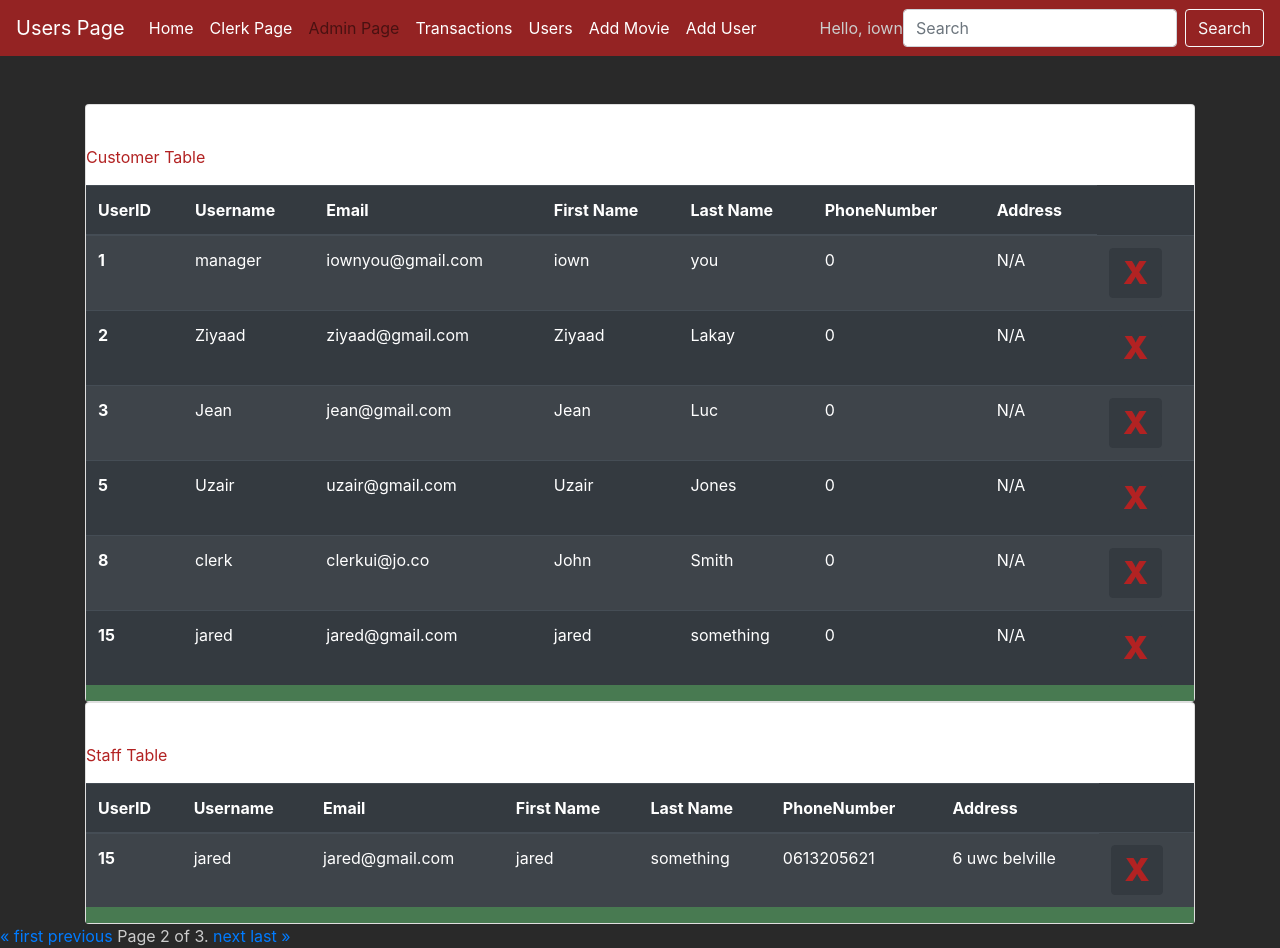
Repository: jeanluciradukunda/csc312.group.project
Page: http://localhost/userstbl/?page=2
These files come from the project's save history. The page is drawn as it stood at one moment and after the next save; the edit follows.
The browser window is 1280 px wide. The pictures show the whole page.
The page is served by the project's application, run on Django 2.2 (dvdstore/manage.py). The first stored user is signed in. The page reads the database file committed with the project.

Above is the page before, as saved 2019-09-14 17:07:26.

After the next save:
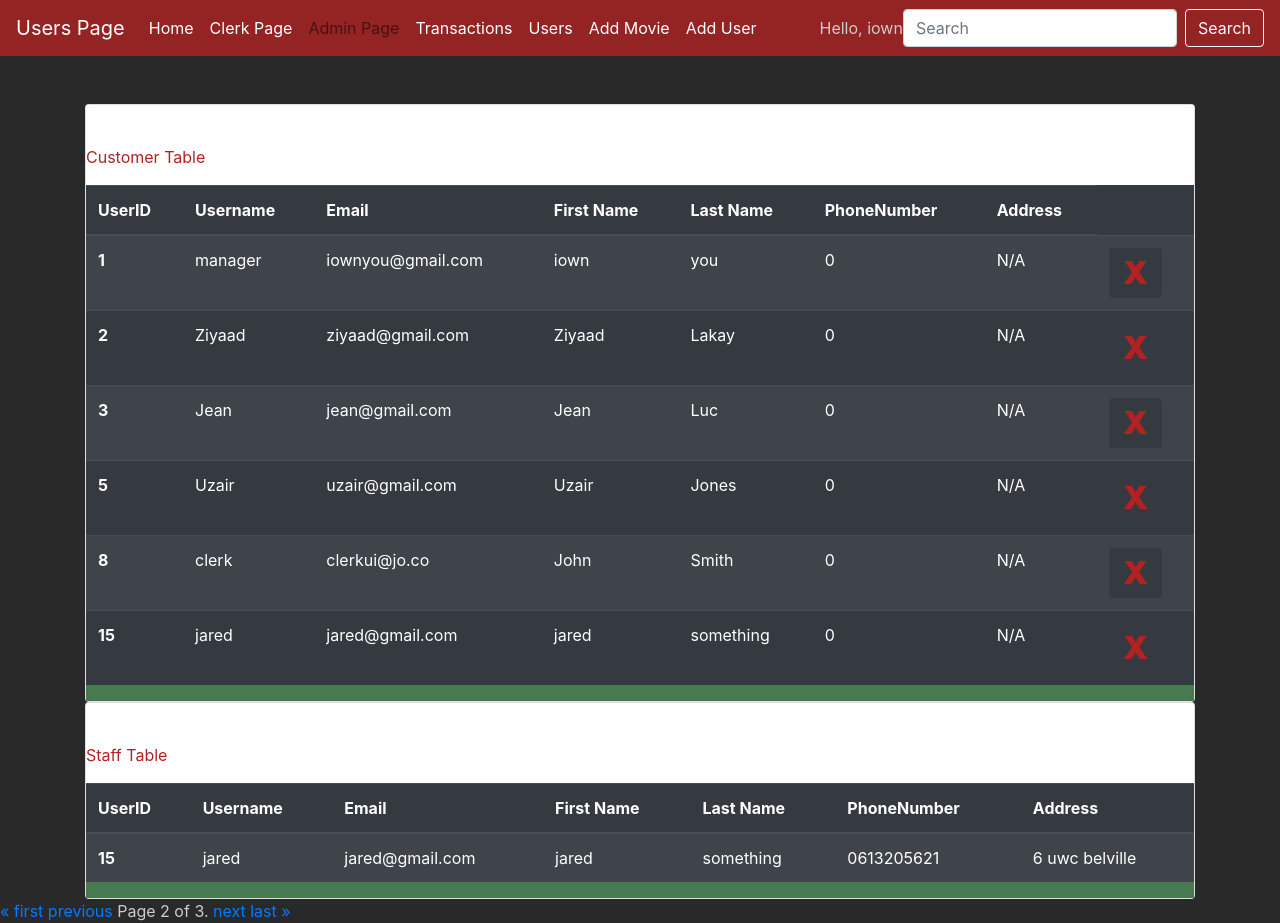
Saved 16 s later.
--- a/dvdstore/templates/userstbl.html
+++ b/dvdstore/templates/userstbl.html
@@ -156,16 +156,7 @@
                                   <td>{{use.last_name}}</td>
                                   <td>{{use.phone_number}}</td>
                                   <td>{{use.address}}</td>
-                                  {% if user.is_superuser %}
-
-                                  <td>
-                                      <form  method="post" action="deleteUser">
-                                          {% csrf_token %}
-                                        <input type="hidden" name="userID" value="{{use.id}}"></input>
-                                        <button type="submit" class="btn btn-dark badge" style="color:firebrick; font-size:2rem"><strong>X</strong></button>
-                                      </form>
-                                    </td>
-                                  {%endif%}
+
                                 </tr>
                               {%endfor%}
                               </tbody>
